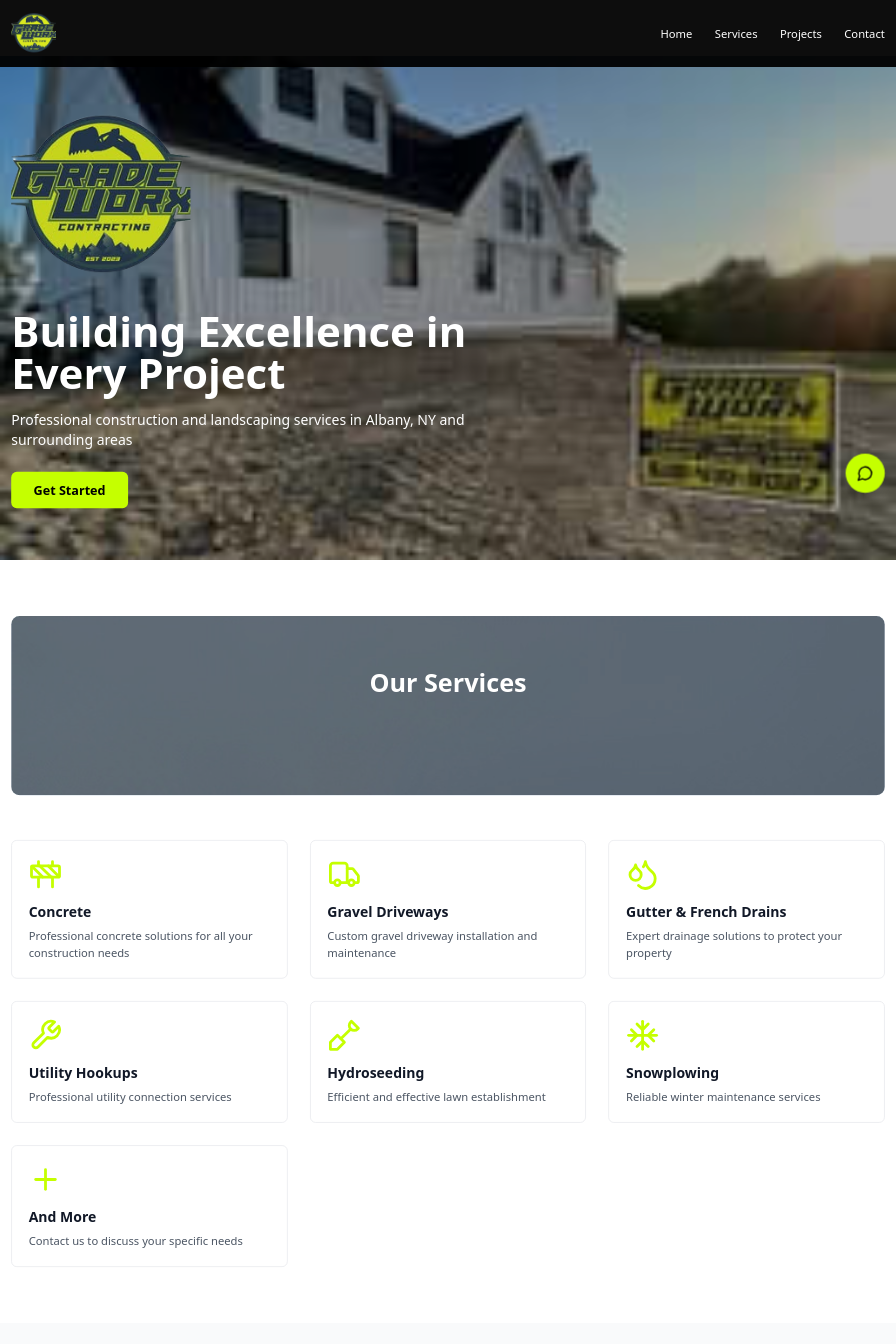
Repository: gabe126679/GradeWorx
Page: /
An editor plug-in stored every save of this project. The page is shown before and after the next save, followed by the edit.
The browser window is 1280 px wide. The pictures show the part of the page from y = 0 to 1920 px (the page is 3566 px tall), at 70% of full size.
The project was rebuilt for these pictures with package versions that can differ from the ones it lists, and the page was loaded fresh each time. Also part of the build but not shown: vite.config.ts.

Above is the page before, as saved 2024-12-16 00:05:41.

After the next save:
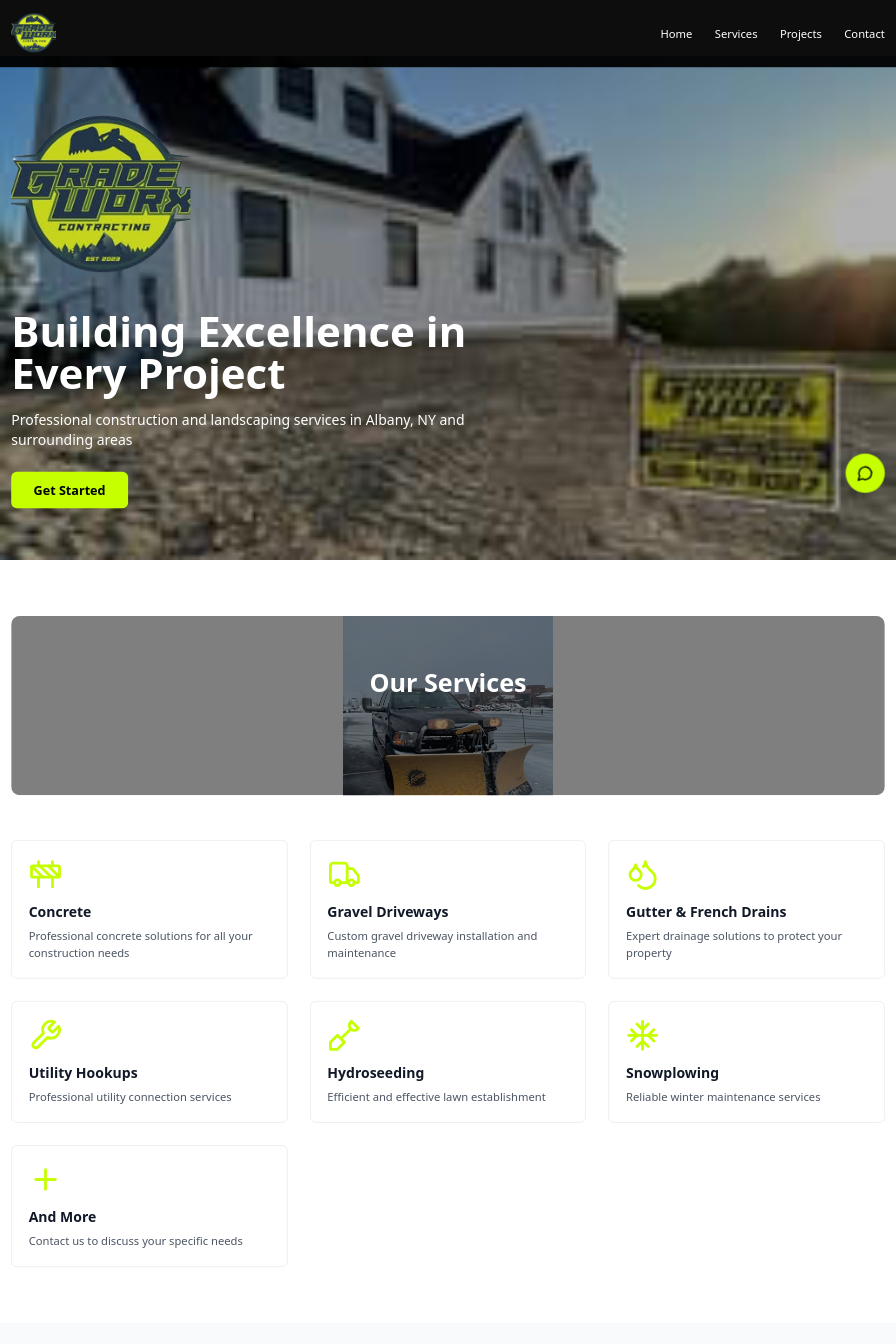
Saved 60 s later.
--- a/src/pages/Services.tsx
+++ b/src/pages/Services.tsx
@@ -11,7 +11,7 @@
           src="/images/service1.jpg"
           alt="Our Services"
           className="w-full h-full object-cover"
-          style={{ width: '100%', height: 'auto', objectFit: 'contain' }}
+          style={{ width: '100%', height: '300px', objectFit: 'contain' }}
         />
         <div className="absolute inset-0 bg-black/50 flex items-center justify-center">
           <SectionTitle className="text-white mb-0">Our Services</SectionTitle>
